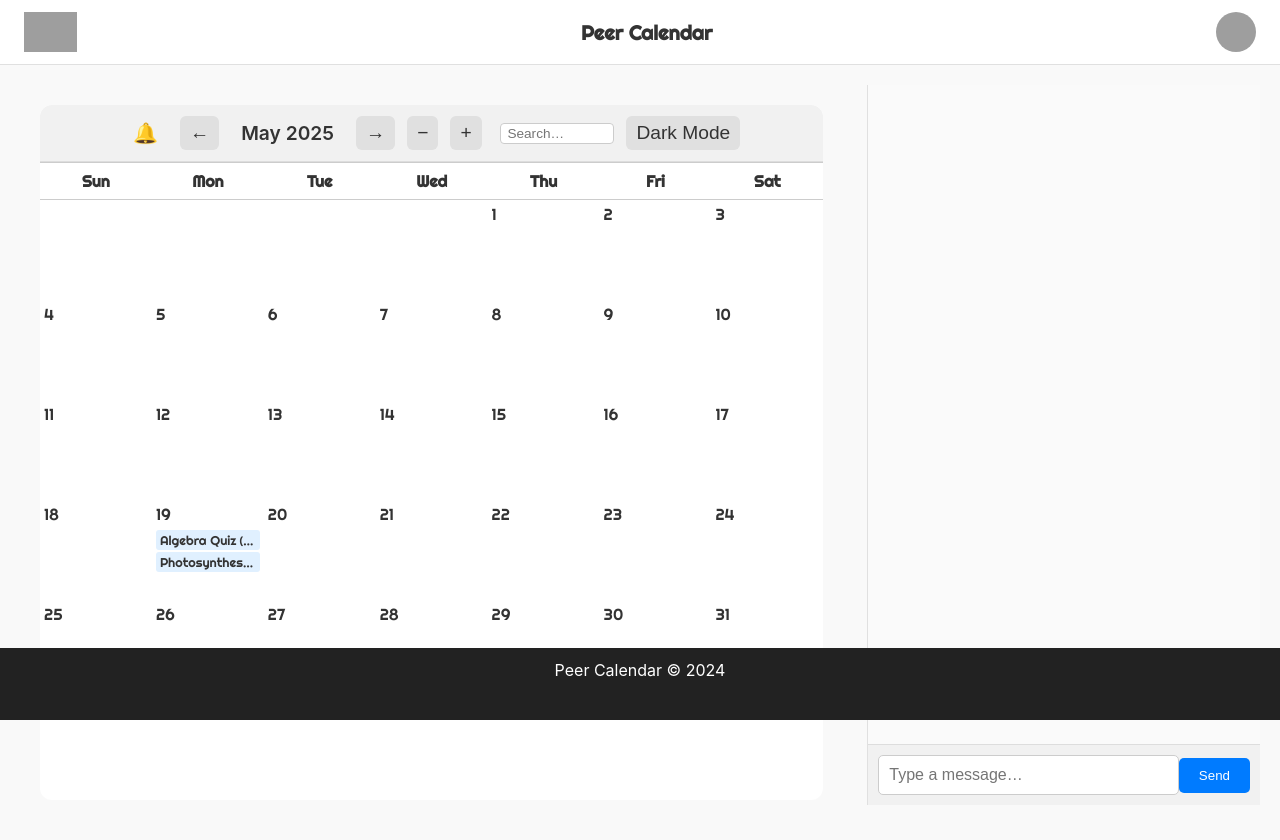
Repository: saifg123/Peer
Page: app.html
These files come from the project's save history. The page is drawn as it stood at one moment and after the next save; the edit follows.
The browser window is 1280 px wide. The pictures show the whole page.
Pictures or frames that could not be fetched are drawn as grey boxes.

Above is the page before, as saved 2025-05-20 20:05:49.

After the next save:
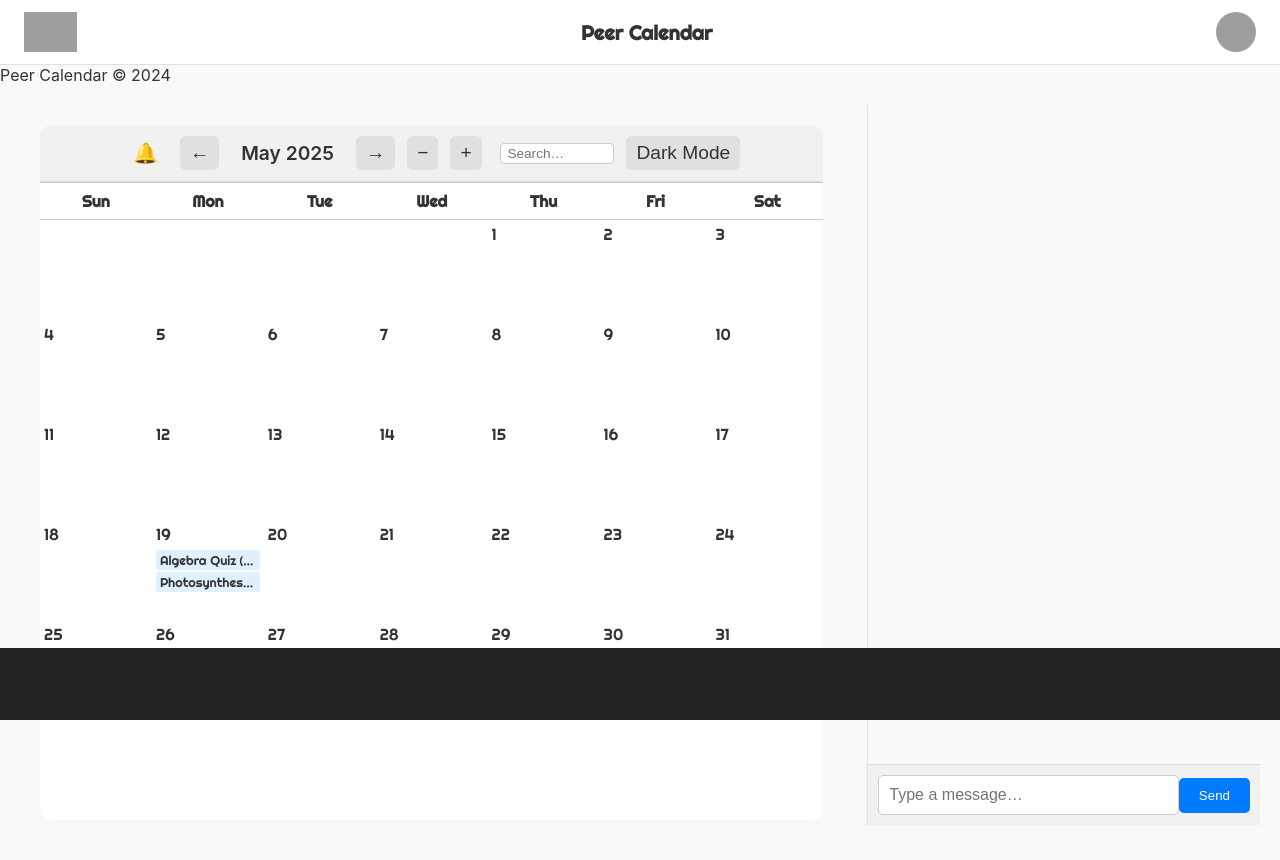
Saved 54 s later.
--- a/app.html
+++ b/app.html
@@ -175,7 +175,7 @@
      <img src="profile.jpg" alt="Profile" class="profile-icon" />
 
   </header>
-  <footer id="dynamic-footer" style="position:fixed;left:0;right:0;bottom:0;width:100%;background:#222;color:#fff;text-align:center;padding:12px 0;transition:height 0.3s, padding 0.3s;font-size:16px;z-index:150;">
+  <footer id="dynamic-footer" style="position:fixed;left:0;right:0;bottom:0;width:100%;background:#222;color:#fff;text-align:center;padding:2px 0;height:20px;transition:height 0.3s, padding 0.3s, font-size 0.3s;font-size:10px;z-index:150;"></footer>
     Peer Calendar &copy; 2024
   </footer>
   <script>
